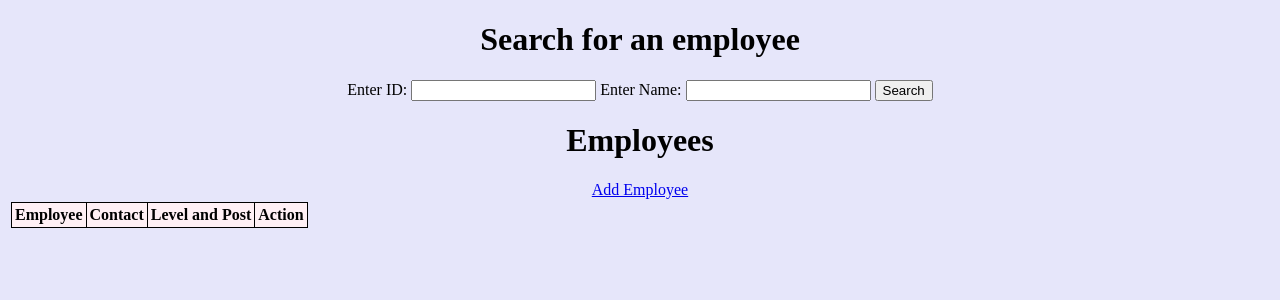
Repository: P9-Analyst-Java/employee-management-abhishekdatta12
Page: http://localhost/spring-expense-tracker/WEB-INF/views/home.jsp
The author's editor kept a copy of each file at every save. The page is drawn from the files as they stood at one save, then again after the next save.
The browser window is 1280 px wide. The pictures show the whole page.
The page is served by Tomcat 9. Nobody is signed in. Other server files are loaded and not shown. The template is opened directly, without the code that normally fills it, so the values that code supplies are empty.

Above is the page before, as saved 2023-02-21 05:16:41.

### spring-portal/spring-expense-tracker/src/main/webapp/WEB-INF/views/home.jsp
<%@ page language="java" isELIgnored="false" contentType="text/html; charset=ISO-8859-1"
    pageEncoding="UTF-8"%>
<%@ taglib prefix="c" uri="http://java.sun.com/jsp/jstl/core"%>
<%@ taglib prefix="form" uri="http://www.springframework.org/tags/form" %>
<c:set var="contextRoot" value="${pageContext.request.contextPath}"/>
<!DOCTYPE html>
<html>
<head>
<style type="text/css">
body{
	text-align: center;
	background-color: lavender;
}
div{
	text-align: center;
	align-items: center;
	align-content: center;
}
table, th, td{
	background-color: lavenderblush;
	text-align: center;
	border: 1px solid;
	border-collapse: collapse;
	padding: 3px;
	margin: 3px;
	align-items: center;
}
</style>
<meta charset="ISO-8859-1">
<title>Home</title>
</head>
<body>
	<h1>Search for an employee</h1>

	<form action="${contextRoot}/search" method="post">
	Enter ID: <input  name="id"/>
	Enter Name: <input name="name"/>
	<button type="submit">Search</button>
	</form>

	<h1>Employees</h1>
	<div>
	<a href="${contextRoot}/employee">Add Employee</a>
	<table>
	<tr>
	<th>Employee</th>
	<th>Contact</th>
	<th>Level and Post</th>
	<th>Action</th>
	<!-- <th>Last Name</th>
	<th>Gender</th>
	<th>Date Of Birth</th>
	<th>PAN Card Number</th>
	<th>Aadhaar Number</th>
	<th>Mobile Number</th>
	<th>Email ID</th>
	<th>Office Mail</th>
	<th>Permanent Address</th>
	<th>Present Address</th>
	<th>Blood Group</th>
	<th>Profile Picture</th>
	<th>Date of Joining</th>
	<th>Employee Level</th>
	<th>Post Name</th>
	<th>Basic Pay</th>
	<th>House Allowance</th>
	<th>Edit</th>
	<th>Delete</th>-->
	</tr>
	<c:forEach var="employee" items="${employees}">
		<tr>
			<td>${employee.firstName}&nbsp;${employee.lastName}<br/>#${employee.id}</td>

			<td>${employee.mobileNum}<br/>${employee.emailId}</td>

			<td>${employee.empLevel}/<br/>${employee.postName}</td>

			<td><a href="">Employments</a>/<a href="${contextRoot}/employee/${employee.id}">Edit</a>/<a href="${contextRoot}/${employee.id}">Delete</a></td>
			<!-- <td>${employee.id}</td>
			<td>${employee.firstName}</td>
			<td>${employee.lastName}</td>
			<td>${employee.gender}</td>
			<td>${employee.dob}</td>
			<td>${employee.panNum}</td>
			<td>${employee.aadhaarNum}</td>
			<td>${employee.mobileNum}</td>
			<td>${employee.emailId}</td>
			<td>${employee.officeMail}</td>
			<td>${employee.permanentAddress}</td>
			<td>${employee.presentAddress}</td>
			<td>${employee.bloodGroup}</td>
			<td>${employee.profilePict}</td>
			<td>${employee.doj}</td>
			<td>${employee.empLevel}</td>
			<td>${employee.postName}</td>
			<td>${employee.basicPay}</td>
			<td>${employee.houseAllowance}</td>
			<td><a href="${contextRoot}/employee/${employee.id}">Edit</a></td>
			<td><a href="${contextRoot}/${employee.id}">Delete</a></td>-->
		</tr>
	</c:forEach>
	</table>
	</div>
</body>
</html>

After the next save:
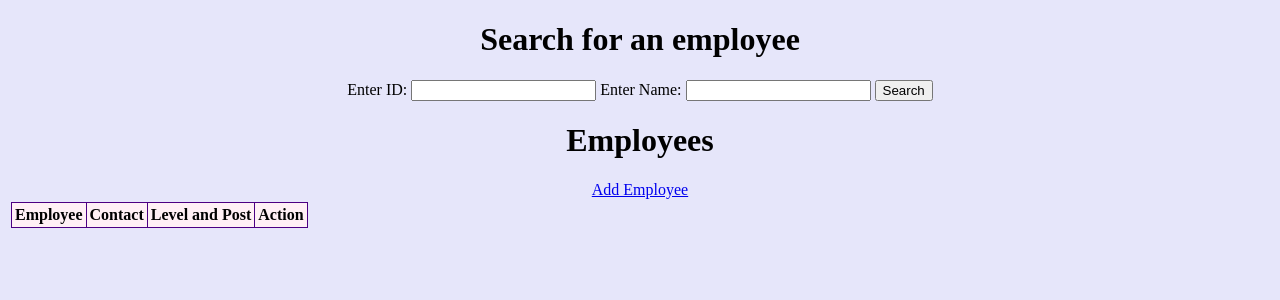
Saved 39 s later.
--- a/spring-portal/spring-expense-tracker/src/main/webapp/WEB-INF/views/home.jsp
+++ b/spring-portal/spring-expense-tracker/src/main/webapp/WEB-INF/views/home.jsp
@@ -19,7 +19,7 @@ div{
 table, th, td{
 	background-color: lavenderblush;
 	text-align: center;
-	border: 1px solid;
+	border: 1px solid indigo;
 	border-collapse: collapse;
 	padding: 3px;
 	margin: 3px;
